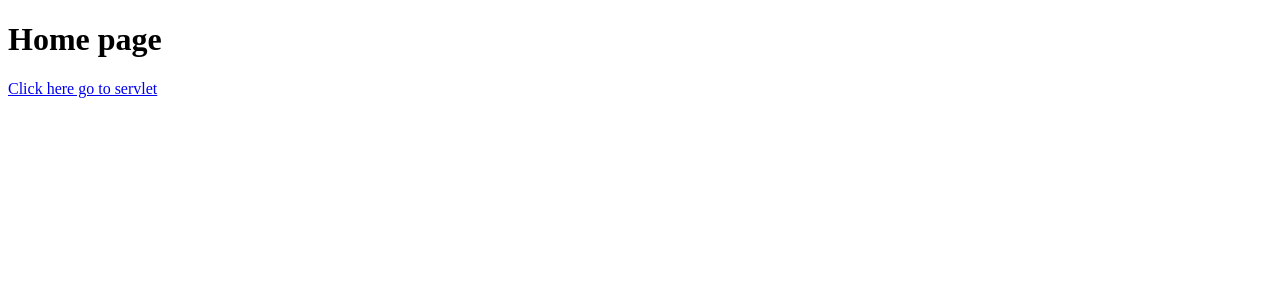
Repository: kunwaraman/Servlets-Jsp-Tuto
Page: CreateServletUsingInterface/src/main/webapp/index.html
An editor plug-in stored every save of this project. The page is shown before and after the next save, followed by the edit.
The browser window is 1280 px wide. The pictures show the whole page.

Above is the page before, as saved 2024-10-24 15:55:53.

After the next save:
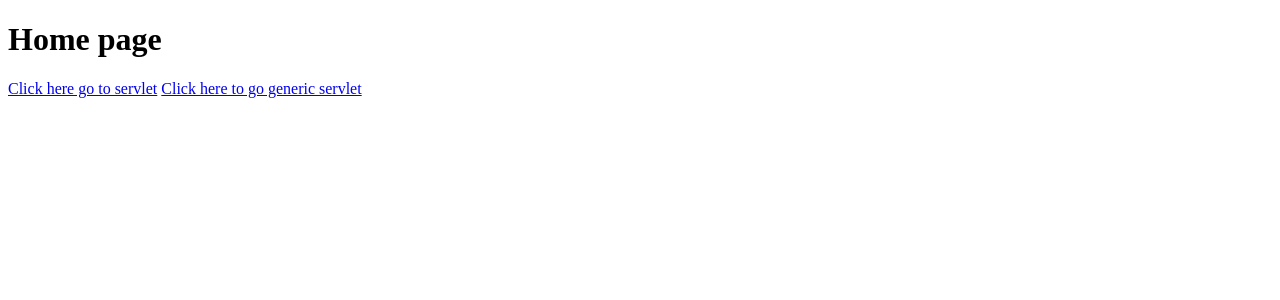
Saved 6 min 32 s later.
--- a/CreateServletUsingInterface/src/main/webapp/index.html
+++ b/CreateServletUsingInterface/src/main/webapp/index.html
@@ -8,5 +8,6 @@
 <body>
 	<h1>Home page</h1>
 	<a href="app">Click here go to servlet</a>
+	<a href="aap2">Click here to go generic servlet</a>
 </body>
 </html>
